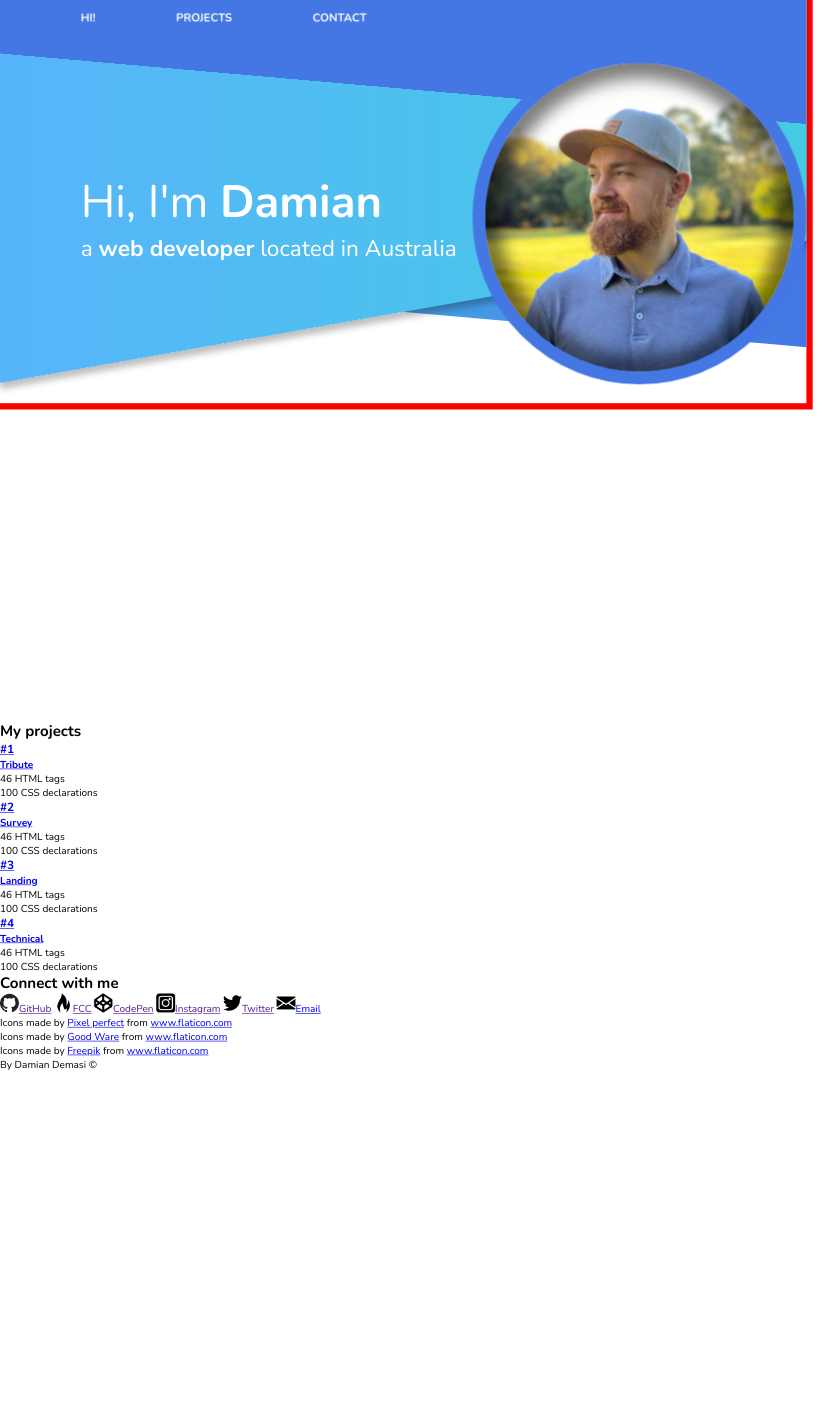
Repository: Colo-Codes/freecodecamp-05-Personal-Portfolio-Webpage
Page: index.html
The author's editor kept a copy of each file at every save. The page is drawn from the files as they stood at one save, then again after the next save.
The browser window is 1280 px wide. The page is 1320 px wide, so the pictures cover 1320 px, including what lies to the right of the window. The pictures show the whole page, at 63% of full size.

Above is the page before, as saved 2021-06-03 14:50:52.

### index.html
<!DOCTYPE html>
<html lang="en">
<head>
    <meta charset="UTF-8">
    <meta http-equiv="X-UA-Compatible" content="IE=edge">
    <meta name="viewport" content="width=device-width, initial-scale=1.0">
    <link rel="preconnect" href="https://fonts.gstatic.com">
    <link href="https://fonts.googleapis.com/css2?family=Nunito:wght@300;400;700&display=swap" rel="stylesheet">
    <link rel="stylesheet" href="./css/index.css">
    <title>Personal Portfolio Webpage</title>
</head>
<body>
    <header>
        <navbar id="navbar">
            <div id="navbar-container">
                <ul id="navbar-flex-container">
                    <li class="navbar-flex-item">Hi!</li>
                    <li class="navbar-flex-item">Projects</li>
                    <li class="navbar-flex-item">Contact</li>
                </ul>
            </div>
        </navbar>
    </header>

    <section id="welcome-section">
            <div id="welcome-section-container">
                    <div id="hero-img" role="img" aria-label="Damian's profile picture: he has a hat, beard, and he is looking left while standing on a green field."></div>
                <div id="hero-text-container">
                    <h1>Hi, I'm <strong>Damian</strong></h1>
                    <p>a <strong>web developer</strong> located in Australia</p>
                </div>
            </div>
            <div id="top-layer"></div>
            <div id="bottom-layer">
                <div id="scroll-to-explore">
                    <p>Scroll to explore</p>
                    <img src="./img/down-arrow.png" alt="Arrow pointing down." height="40px">
                </div>
            </div>
    </section>

    <section id="projects">
        <h2>My projects</h2>

        <div class="project-card">
            <div class="project-tile">
                <a href="#project1"><h3>#1</h3><h4>Tribute</h4></a>
            </div>
            <p>46 HTML tags</p>
            <p>100 CSS declarations</p>
        </div>

        <div class="project-card">
            <div class="project-tile">
                <a href="#project1"><h3>#2</h3><h4>Survey</h4></a>
            </div>
            <p>46 HTML tags</p>
            <p>100 CSS declarations</p>
        </div>

        <div class="project-card">
            <div class="project-tile">
                <a href="#project1"><h3>#3</h3><h4>Landing</h4></a>
            </div>
            <p>46 HTML tags</p>
            <p>100 CSS declarations</p>
        </div>

        <div class="project-card">
            <div class="project-tile">
                <a href="#project1"><h3>#4</h3><h4>Technical</h4></a>
            </div>
            <p>46 HTML tags</p>
            <p>100 CSS declarations</p>
        </div>

    </section>

    <section id="contact">
        <h2>Connect with me</h2>
        <a href="" id="profile-link" target="_blank"><img src="./img/github.png" width="30px">GitHub</a>
        <a href="" id="profile-link-fcc" target="_blank"><img src="./img/fire.png" width="30px">FCC</a>
        <a href="" id="profile-link-codepen" target="_blank"><img src="./img/3d-outlined-shape.png" width="30px">CodePen</a>
        <a href="" id="profile-link-instagram" target="_blank"><img src="./img/instagram.png" width="30px">Instagram</a>
        <a href="" id="profile-link-twitter" target="_blank"><img src="./img/twitter.png" width="30px">Twitter</a>
        <a href="mailto:damian.demasi.1@gmail.com" id="profile-link-email" target="_blank"><img src="./img/email.png" width="30px">Email</a>
    </section>

    <footer>
        <div>Icons made by <a href="https://www.flaticon.com/authors/pixel-perfect" title="Pixel perfect">Pixel perfect</a> from <a href="https://www.flaticon.com/" title="Flaticon">www.flaticon.com</a></div>
        <div>Icons made by <a href="https://www.flaticon.com/authors/good-ware" title="Good Ware">Good Ware</a> from <a href="https://www.flaticon.com/" title="Flaticon">www.flaticon.com</a></div>
        <div>Icons made by <a href="https://www.freepik.com" title="Freepik">Freepik</a> from <a href="https://www.flaticon.com/" title="Flaticon">www.flaticon.com</a></div>
        <p>By Damian Demasi &copy;</p>
    </footer>
</body>
</html>

### css/index.css
/* @media */

/* The height of the welcome section should be equal to the height of the viewport. */

/* The navbar should always be at the top of the viewport. */

/* Border-box and font-size */
html {
    box-sizing: border-box;
    font-size: 16px;
}
body {
    font-family: 'Nunito', sans-serif;
}

/* Reset margins and set global values */

*, *::before, *::after {
    box-sizing: inherit;
    margin: 0;
    padding: 0;
}

/* Navbar */

#navbar {
    display: block;
    background-color: #4477E3;
    /* 1rem = 16px -> 18.75rem = 300px */
    height: 18.75rem;
    width: 100%;
    transform: skewY(5deg) translateY(-10rem);
    position: fixed;
    z-index: 4;
}
#navbar-container {
    max-width: 90rem;
    margin: auto;
}

#navbar-flex-container {
    display: flex;
    /* align-items: center; */
    /* justify-content: space-around; */
    height: 100%;
    transform: skewY(-5deg) translateY(5rem);
    z-index: 4;
}
.navbar-flex-item {
    list-style: none;
    margin: 6rem 0 0 8rem;
    font-style: normal;
    font-weight: bold;
    font-size: 1.125rem;
    text-transform: uppercase;
    color: white;
}

/* Hero */

#welcome-section-container {
    /* 1440px = 90rem */
    max-width: 90rem;
    height: 40rem;
    margin: auto;
    outline: 10px solid red;
    position: relative;
}

#hero-text-container h1 {
    padding-top: 17rem;
    margin-left: 8rem;
    font-size: 4.5rem;
    font-weight: 300;
    color: white;
}

#hero-text-container > p {
    margin-left: 8rem;
    font-size: 2.25rem;
    color: white;
    font-weight: 300;
}

#hero-text-container {
    position: relative;
    z-index: 3;
}

#hero-img {
    top: 5rem;
    right: 0rem;
    border-radius: 50%;
    width: 33.125rem;
    height: 33.125rem;
    border: 20px solid #4477E3;
    background: url(../img/6D5BF231-2A3E-4029-9EFE-9C82AF0D506F_1_105_c.jpeg);
    background-position: center;
    background-size: contain;
    background-repeat: no-repeat;
    box-shadow: inset 0px 0px 25px 25px rgba(0, 0, 0, 0.5);
    position: absolute;
    z-index: 5;
}

#top-layer {
    background: #57B5FA; /* fallback for old browsers */
    background: -webkit-linear-gradient(to left, #44CBE3, #57B5FA);  /* Chrome 10-25, Safari 5.1-6 */
    background: linear-gradient(to left, #44CBE3, #57B5FA); /* W3C, IE 10+/ Edge, Firefox 16+, Chrome 26+, Opera 12+, Safari 7+ */
    /* 1rem = 16px -> 60.31rem = 865px + 100px */
    /* height: 60.31rem; */
    height: 100vh;
    width: 100%;
    transform: skewY(-10deg) translateY( -54.06rem );
    box-shadow: 0px 10px 10px rgba(0, 0, 0, 0.25);
    position: relative;
    z-index: 2;
}

#bottom-layer {
    background: #4477E3; /* fallback for old browsers */
    background: -webkit-linear-gradient(to right, #44CBE3, #4477E3);  /* Chrome 10-25, Safari 5.1-6 */
    background: linear-gradient(to right, #44CBE3, #4477E3); /* W3C, IE 10+/ Edge, Firefox 16+, Chrome 26+, Opera 12+, Safari 7+ */
    /* 1rem = 16px -> 54.06rem = 865px */
    height: 54.06rem;
    width: 100%;
    transform: skewY(5deg) translateY(-108.12rem); /* 54.06 * 2 */
    position: relative;
    z-index: 1;
}

#scroll-to-explore {
    position: relative;
    top: 90%;
    margin-left: 90%;
    transform: skewY(-5deg);

}

#scroll-to-explore > p {
    font-size: 1.125rem;
    color: white;
    font-weight: 300;
}

#scroll-to-explore > img {
    margin: .5rem 8rem 0 0;
    filter: invert(1);
}

/* Projects */

#projects {
    /* margin-top: -95rem; */
    margin-top: -150vh;

}

After the next save:
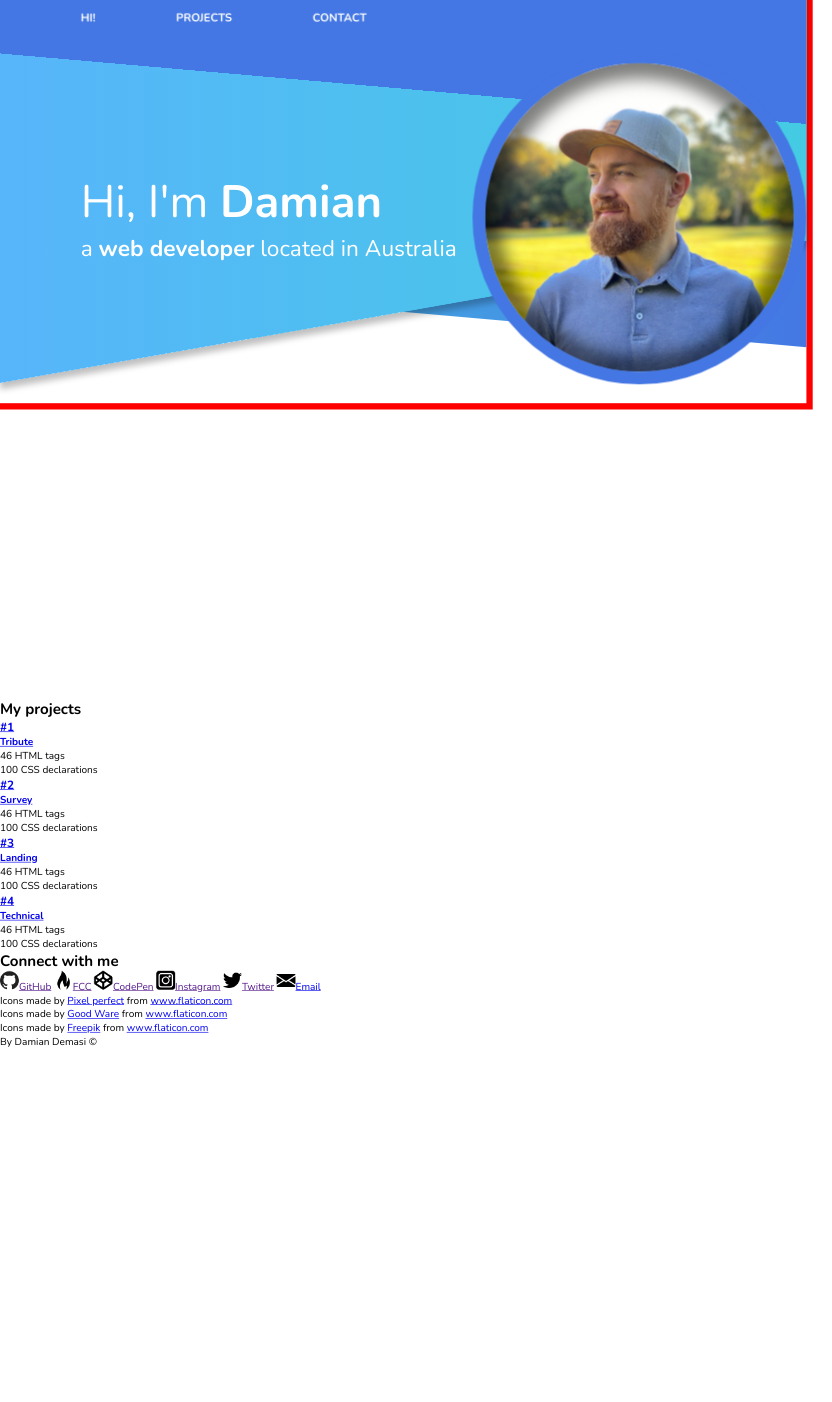
Saved 5 s later.
--- a/css/index.css
+++ b/css/index.css
@@ -152,6 +152,6 @@
 
 #projects {
     /* margin-top: -95rem; */
-    margin-top: -150vh;
+    margin-top: -155vh;
 
 }

After the save that followed:
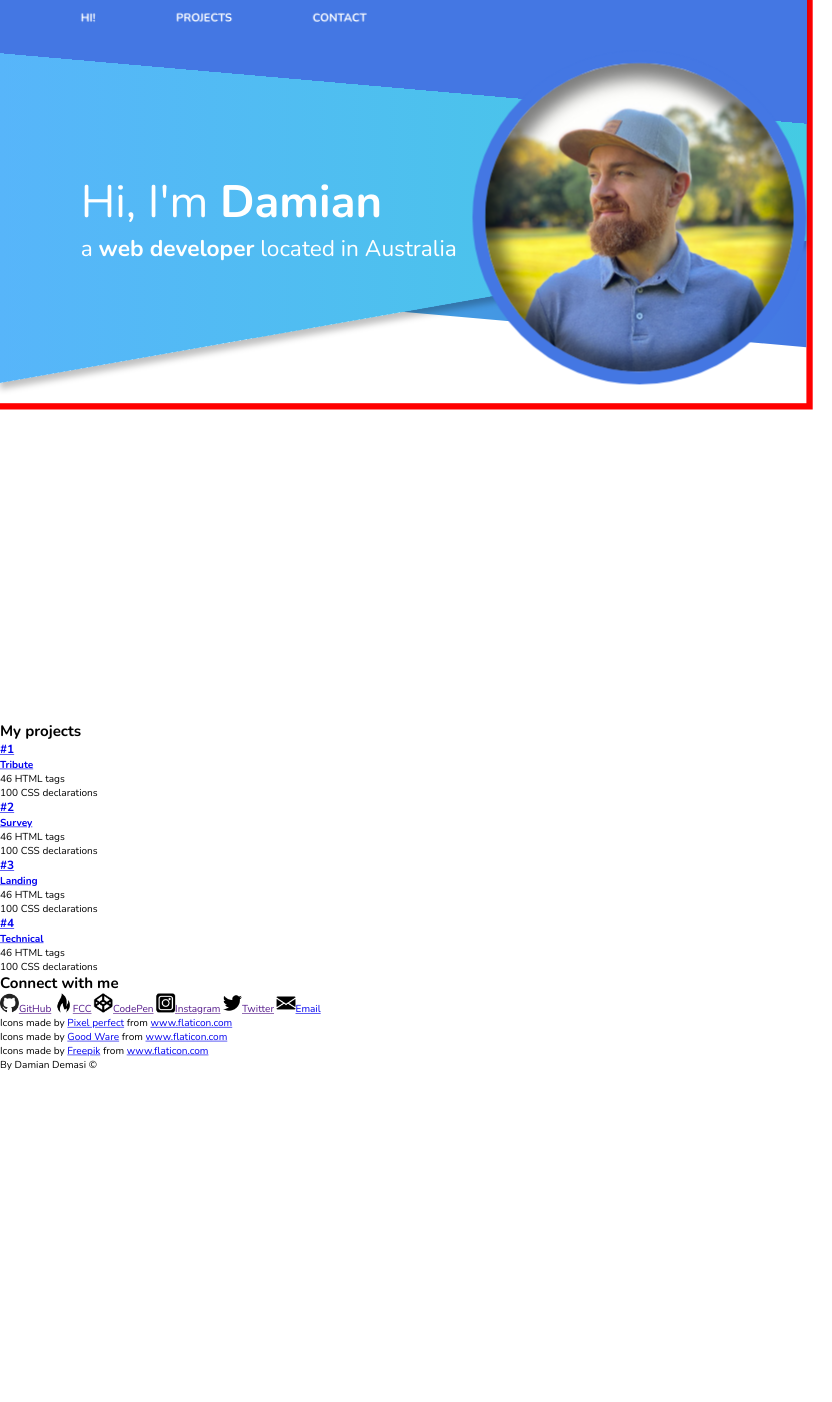
Saved 5 s later.
--- a/css/index.css
+++ b/css/index.css
@@ -152,6 +152,6 @@
 
 #projects {
     /* margin-top: -95rem; */
-    margin-top: -155vh;
+    margin-top: -150vh;
 
 }
